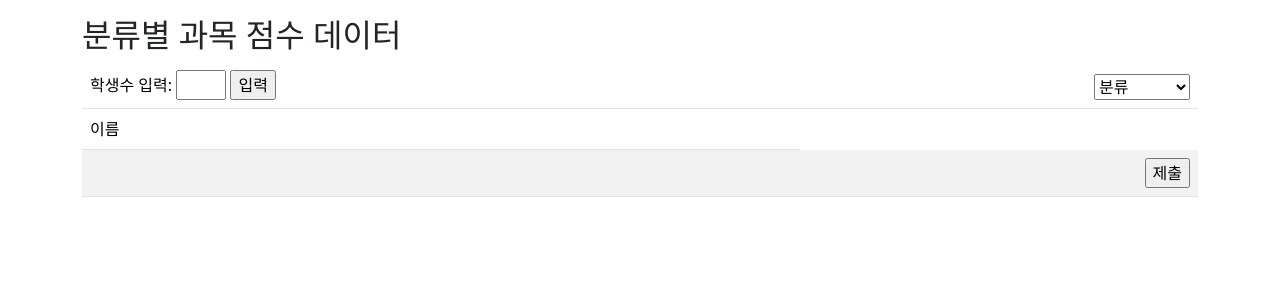
Repository: pshho/newJspProject
Page: http://localhost/JspProj/hwProject/categories
An editor plug-in stored every save of this project. The page is shown before and after the next save, followed by the edit.
The browser window is 1280 px wide. The pictures show the whole page.
The page is served by Tomcat 9. Other server files are loaded and not shown.

Above is the page before, as saved 2023-08-01 06:23:50.

### JspProj/src/main/webapp/hwProject/categories.jsp
<%@page import="java.util.Random"%>
<%@ page language="java" contentType="text/html; charset=UTF-8"
    pageEncoding="UTF-8"%>
<%@ taglib uri="http://java.sun.com/jsp/jstl/core" prefix="c" %>
<%@ taglib uri="http://java.sun.com/jsp/jstl/functions" prefix="fn" %>
<!-- 랜덤 점수 데이터 생성자 -->
<%! Random rd = new Random(); %>
<!DOCTYPE html>
<html>
<head>
<meta charset="UTF-8">
<title>분류별 과목 점수 데이터</title>
<link href="https://cdn.jsdelivr.net/npm/bootstrap@5.3.1/dist/css/bootstrap.min.css"
rel="stylesheet"
integrity="sha384-4bw+/aepP/YC94hEpVNVgiZdgIC5+VKNBQNGCHeKRQN+PtmoHDEXuppvnDJzQIu9"
crossorigin="anonymous">
<script src="https://cdn.jsdelivr.net/npm/bootstrap@5.3.1/dist/js/bootstrap.bundle.min.js"
integrity="sha384-HwwvtgBNo3bZJJLYd8oVXjrBZt8cqVSpeBNS5n7C8IVInixGAoxmnlMuBnhbgrkm"
crossorigin="anonymous"></script>
<script type="text/javascript">
	function categoriesChange(){
		let form = document.dataSet;
		let sel = form.sel.value;
		form.action="?";
		if(sel != '분류'){
			form.submit();
		}
	}
</script>
</head>
<body>
	<div class="container my-3">
		<h2>분류별 과목 점수 데이터</h2>
		<form action="/JspProj/hwProject/categoriesProcess" name="dataSet">
			<input type="hidden" name="selDis" value="등수"> <!-- 결과 출력 페이지에서 보일 정렬의 기본값 -->
			<table class="table table-striped">
				<thead>
					<tr>
						<!-- 학생 수 입력 받는 열 -->
						<td>
							<label for="namesCount">학생수 입력: </label>
							<input type="number" name="namesCount" value="${ nameCount }" style="width: 50px;">
							<input type="submit" value="입력" onclick="categoriesChange()">
						</td>
						<!-- 카테고리 선택 -->
						<td colspan="${ fn:length(distinct) }" align="right">
							<select name="sel" onchange="categoriesChange()">
								<!-- 카테고리 목록 배열로 자신의 선택을 알게 함 -->
								<c:forEach items="${ categories }" var="category">
									<option <c:if test="${ category eq sel }" >selected</c:if>>${ category }</option>
								</c:forEach>
							</select>
						</td>
					</tr>
					<tr>
						<td>이름</td>
						<!-- 해당 카테고리의 과목 수에 따라 달라질 제목 수와 값 -->
						<c:forEach var="dis" items="${ distinct }">
							<td><input type="hidden" value="${ dis }" name="distinct">${ dis }</td>
						</c:forEach>
					</tr>
				</thead>
				<tbody>
					<!-- 랜덤 이름 데이터 for문으로 이름 수만큼 행 생성 -->
					<c:forEach begin="1" end="${ fn:length(names) }">
						<tr>
							<td><input type="text" name="name" style="width: 120px;"></td>
							<!-- 해당 카테고리만큼 과목 수에 따라 랜덤 점수 데이터 열 생성 및 대입 -->
							<c:forEach var="dis" items="${ distinct }">
								<td><input type="text" name="subjects"
									value="<%= rd.nextInt(50, 100) %>" style="width: 50%;"></td>
							</c:forEach>
						</tr>
					</c:forEach>
					<tr>
						<td colspan="${ fn:length(distinct) + 2 }" align="right">
							<input type="submit" value="제출" />
						</td>
					</tr>
				</tbody>
			</table>
		</form>
	</div>
</body>
</html>

### JspProj/src/main/java/JspProject/HwProject.java
package JspProject;

import java.io.IOException;
import java.util.ArrayList;
import java.util.Arrays;
import java.util.List;

import javax.servlet.RequestDispatcher;
import javax.servlet.ServletConfig;
import javax.servlet.ServletException;
import javax.servlet.annotation.WebServlet;
import javax.servlet.http.HttpServlet;
import javax.servlet.http.HttpServletRequest;
import javax.servlet.http.HttpServletResponse;

@WebServlet({"/hwProject/categories", "/hwProject/categoriesProcess"})
public class HwProject extends HttpServlet {
	private static final long serialVersionUID = 1L;

    public HwProject() {
        super();

        System.out.println("카테고리(직장인,일반학생,예체능학생 등) 별 점수 데이터 입력받아 분류하는 Servlet 생성자");
    }

	public void init(ServletConfig config) throws ServletException {
		super.init();

		System.out.println("HwProject Servlet의 init method 초기에 한 번 실행");
	}

	// Service - Get, Post를 통해 Java Class를 불러와 Client에게 Request 받은 데이터를 처리하고 JspPage에 전달하는 역할 등을 함
	protected void doGet(HttpServletRequest request, HttpServletResponse response) throws ServletException, IOException {
		// String root = request.getContextPath(); // 경로 확인

		// System.out.println(root);
		String uri = request.getRequestURI(); // 경로 확인
		String command = uri.substring(uri.lastIndexOf("/"));
		// System.out.println(uri);
		// System.out.println(command);

		// 서버 한글 인코딩
		request.setCharacterEncoding("utf-8");

		// forward 및 redirect 요청 페이지 변수
		String requestPage = null;

		// 요청받은 인자들(카테고리, 이름, 과목, 카테고리 별로 다른 과목을 받을 배열)
		String sel = null;
		String[] names = null;
		String[] categories = null;
		String[] distinct = null;
		String[] subjects = null;

		if(command.equals("/categories")) {
		    categories = "분류,직장인,예체능계열,일반계열".split(","); // 카테고리 분류 - 나중에 미리 저장된 데이터베이스나 Class와 연결 가능
		    sel = request.getParameter("sel"); // 개별 카테고리 이름
		    subjects = "국어,영어,수학,사탐,과탐,체육,음악,미술,가정".split(","); // 과목 분류 - 카테고리 분류와 마찬가지
		    String nameCount = request.getParameter("namesCount"); // 데이터 입력할 학생의 수

		    if (nameCount != null) {
		    	names = new String[Integer.parseInt(nameCount)]; // 입력받은 학생수만큼의 이름 데이터 배열
		    }

		    // 카테고리를 선택했을 때 달라질 과목을 새로운 배열에 담는 작업
		    if(sel != null && !(sel.equals("분류"))) {
		    	for(int i=0; i<categories.length; i++) {
		    		distinct = Arrays.copyOfRange(subjects, 0, i * 2 + 3);
		    		if(sel.equals(categories[i])) {
		    			break;
		    		}
		    	}
		    }

		    // Client에게 요청이 오면 데이터를 데이터베이스나 Class에서 가져와 전달하는 역할
		    // 혹은 필요한 경우 로직으로 데이터 처리 후 전달
		    request.setAttribute("categories", categories); // 카테고리 목록
		    request.setAttribute("distinct", distinct); // 카테고리 별 과목 수와 이름
		    request.setAttribute("names", names); // 이름들
		    request.setAttribute("nameCount", nameCount); // 학생수
			request.setAttribute("sel", sel); // 선택된 개별 카테고리

			requestPage = "categories.jsp"; // 초기 데이터 입력 페이지
		}

		if(command.equals("/categoriesProcess")) {
			categories = "등수,이름".split(","); // 데이터 출력 페이지의 정렬 카테고리
			String[] sels = request.getParameterValues("sel"); // 카테고리 배열
			String selDis = request.getParameter("selDis"); // 선택된 개별 카테고리
			names = request.getParameterValues("name"); // 이름들 데이터
			subjects = request.getParameterValues("subjects"); // 과목 점수(배열) 데이터
			distinct = request.getParameterValues("distinct"); // 선택된 개별 카테고리에 해당하는 과목 수와 이름
			String[] result = "총점,평균,등수,등급".split(","); // 출력을 통해 표시할 정보들
			// 초기에 만들어진 개별 카테고리별 과목과 result배열(총점, 평균, 등수, 등급)을 합친 새로운 카테고리 배열을 받아옴
			String[] iterDistinct = request.getParameterValues("newDistinct");
			// 초기에 만들어진 개별 카테고리별 과목과 categories(등수, 이름)을 합친 새로운 정렬 배열을 받아옴
			String[] iterCategories = request.getParameterValues("newCategories");

			// 개별 과목과 총점, 평균, 등수, 등급을 합친 하나의 배열
			List<String> newDistinct = new ArrayList<>();
			if(iterDistinct != null) {
				newDistinct.addAll(Arrays.asList(iterDistinct));
			}else {
				newDistinct.addAll(Arrays.asList(distinct));
				newDistinct.addAll(Arrays.asList(result));
			}

			// 과목별 순위, 전체 등수, 이름 등의 순서로 정렬하기 위한 하나의 배열
			List<String> newCategories = new ArrayList<>();
			if(iterCategories != null) {
				newCategories.addAll(Arrays.asList(iterCategories));
			}else {
				newCategories.addAll(Arrays.asList(categories));
				newCategories.addAll(Arrays.asList(distinct));
			}

			// Subject와 People을 상속받은 Category Class를 통해 이름, 점수, 카테고리 데이터를 받아와 처리
			Category[][] results = new Category[sels.length][names.length];

			// 미리 작성된 Category Class의 2차원 배열에 이름, 점수, 카테고리 데이터를 입력해 생성하는 작업
			for(int i=0; i<sels.length; i++) {
				for(int j=0; j<names.length; j++) {
					String[] sa = Arrays.copyOfRange(subjects, j*(newDistinct.size()-result.length), (j+1)*(newDistinct.size()-result.length));
					results[i][j] = new Category(sels[i], names[j], sa); // Category 2차원 배열 생성
					results[i][j].setNames(names[j]); // 이름 정렬을 위한 아스키 코드값 할당
				}
			}

			// 다 생성된 Category results의 2차원 배열에 등수를 정리하는 작업
			for(int i=0; i<sels.length; i++) {
				for(Category res : results[i]) {
					res.calcRank(results[i]); // 전체 과목 총점의 평균에 대한 등수
					res.calcSubRank(results[i]); // 개별 과목의 등수
				}
			}

			// 퀵정렬을 위한 생성자
			Category quick = new Category();
			quick.setCategories(newCategories); // 퀵정렬을 위한 정렬 배열 설정
			// 요청받은 정렬 카테고리에 따라 정렬하기 위한 for문
			for(int i=0; i<sels.length; i++) {
				quick.quickDistinct(0, names.length-1, selDis, results[i]);
			}

			// 이클립스에서 결과 확인을 위한 출력문
			for(int i=0; i<sels.length; i++) {
				for(Category cat:results[i]) {
					System.out.println(cat);
				}
				System.out.println();
			}

			for(int i=0; i<newCategories.size(); i++) {
				System.out.print(quick.getCategories().get(i) + " ");
			}

			request.setAttribute("newCategories", newCategories); // 출력 페이지의 정렬 카테고리(이름, 전체 등수, 과목별 등수)
			request.setAttribute("results", results); // Category Class로 정리된 실제 데이터
			// 입력 페이지에서 받아온 선택된 개별 카테고리의 과목 수와 이름
			// 출력 페이지에 추가로 제공할 카테고리(총점, 평균, 등수, 등급)
			request.setAttribute("newDistinct", newDistinct);
			request.setAttribute("category", sels); // 선택된 개별 카테고리(직장인, 예체능계, 일반계)
			request.setAttribute("selDis", selDis); // 정렬 카테고리 값을 받아와 실제 데이터 정렬 순서를 변경시키기 위함

			requestPage = "categoriesProcess.jsp";
		}

		// System.out.println(requestPage);

		// Client에 의해 요청된 url로부터 실제 입력 및 출력 Page로 전달하기 위한 객체
		RequestDispatcher dispatcher = request.getRequestDispatcher(requestPage);
		dispatcher.forward(request, response);
	}

	protected void doPost(HttpServletRequest request, HttpServletResponse response) throws ServletException, IOException {
		doGet(request, response);
	}

	public void destroy() {
		super.destroy();

		System.out.println("HwProject Servlet 종료(destory)");
	}
}

After the next save:
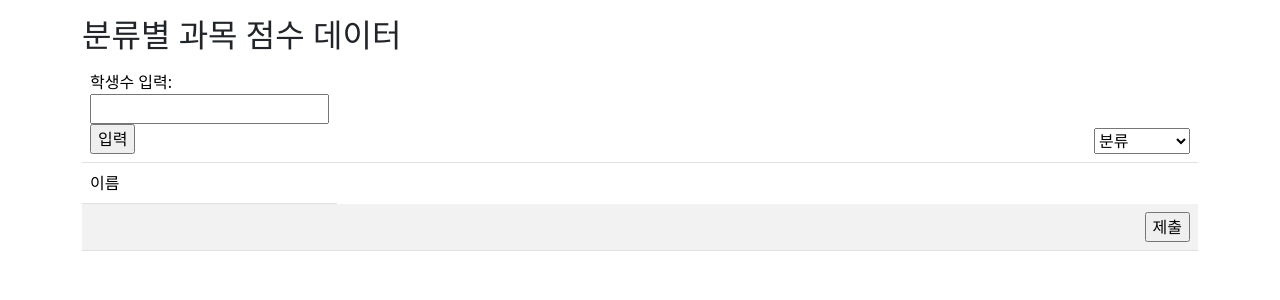
Saved 33 s later.
--- a/JspProj/src/main/webapp/hwProject/categories.jsp
+++ b/JspProj/src/main/webapp/hwProject/categories.jsp
@@ -37,9 +37,9 @@ crossorigin="anonymous"></script>
 				<thead>
 					<tr>
 						<!-- 학생 수 입력 받는 열 -->
-						<td>
+						<td style="width: 250px;">
 							<label for="namesCount">학생수 입력: </label>
-							<input type="number" name="namesCount" value="${ nameCount }" style="width: 50px;">
+							<input type="number" name="namesCount" value="${ nameCount }">
 							<input type="submit" value="입력" onclick="categoriesChange()">
 						</td>
 						<!-- 카테고리 선택 -->
